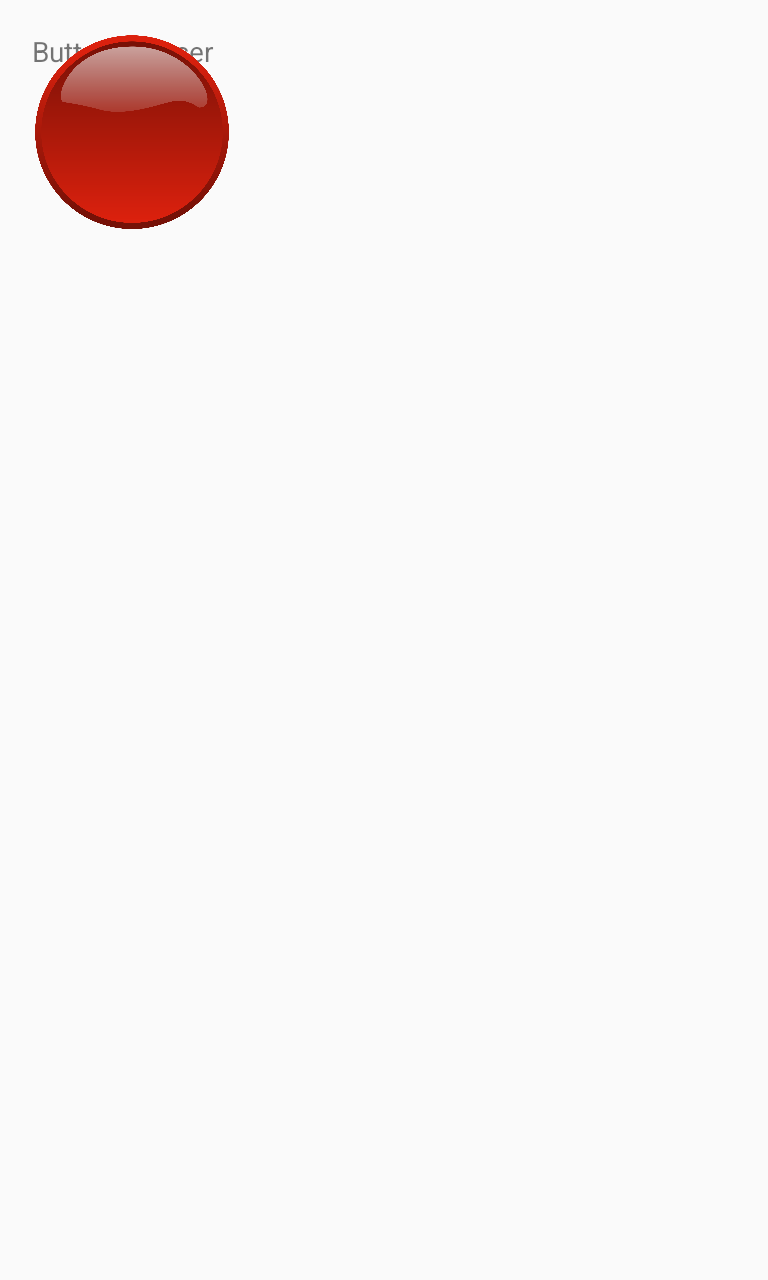
Repository: sameerisa/idtech-yale-android
Layout: ButtonPresser/res/layout/fragment_main.xml
The author's editor kept a copy of each file at every save. The layout is drawn from the files as they stood at one save, then again after the next save.
It is drawn on a 768 x 1280 px phone screen (xhdpi) without system bars, with theme AppTheme; the app's code is not run.

Above is the layout before, as saved 2014-06-25 15:26:38.

After the next save:
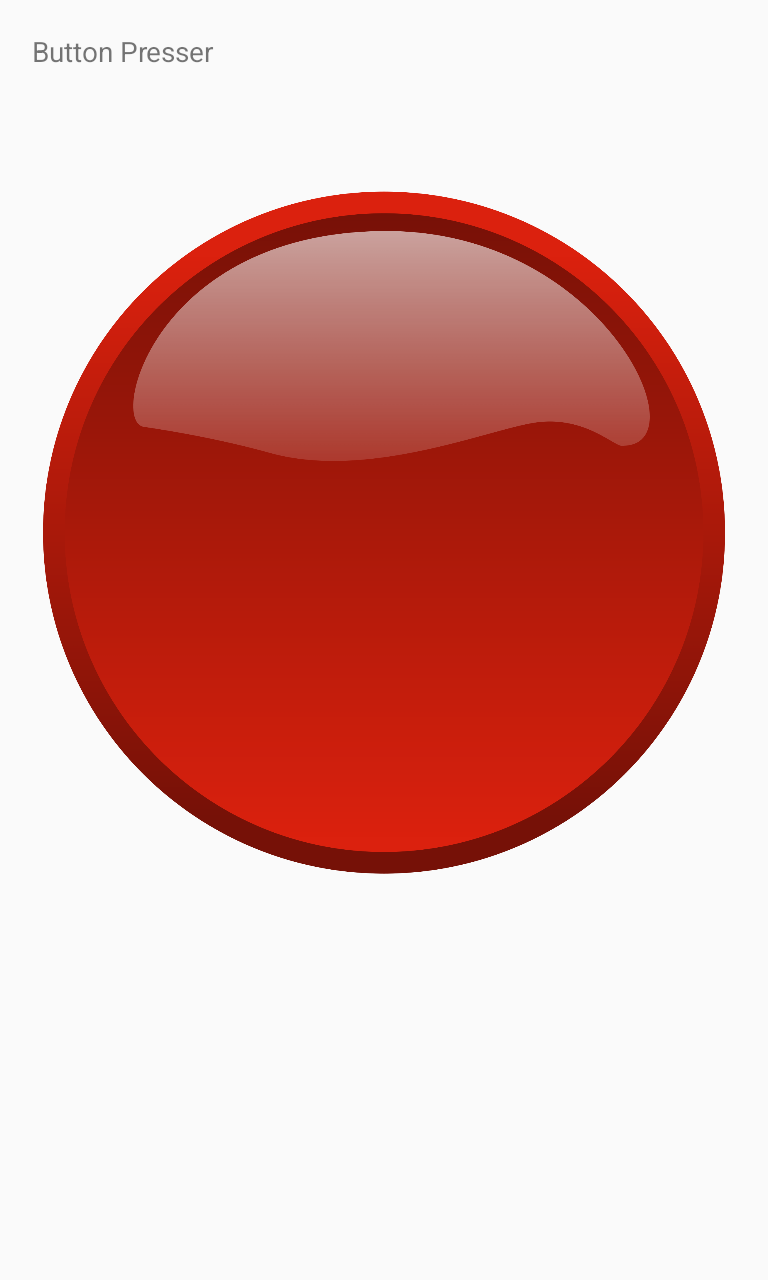
Saved 81 s later.
--- a/ButtonPresser/res/layout/fragment_main.xml
+++ b/ButtonPresser/res/layout/fragment_main.xml
@@ -14,8 +14,8 @@
         android:text="Button Presser" />
 <ImageView
    android:id="@+id/button"
-   android:layout_width="100dp"
-   android:layout_height="100dp"
+   android:layout_width="500dp"
+   android:layout_height="500dp"
    android:src="@drawable/button" />
 
    </RelativeLayout>
